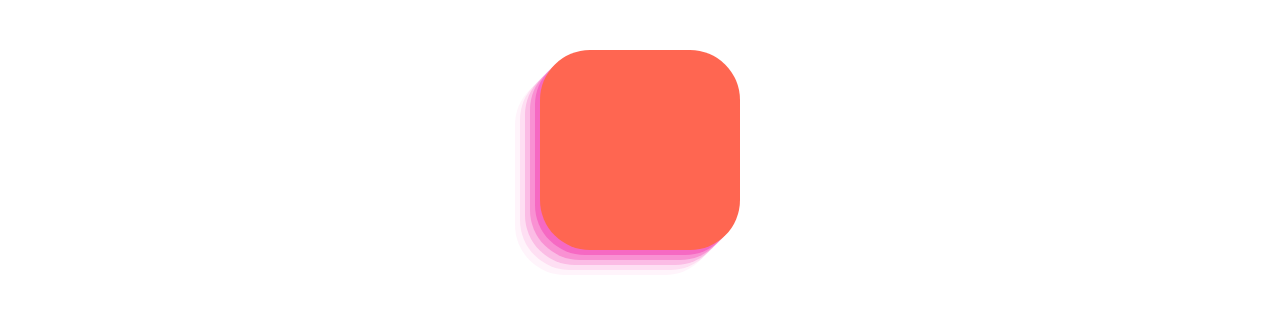
Repository: DQNam2202/HTML_CSS_Basic
Page: Chuong-03/index.html
The author's editor kept a copy of each file at every save. The page is drawn from the files as they stood at one save, then again after the next save.
The browser window is 1280 px wide. The pictures show the whole page.

Above is the page before, as saved 2021-09-03 19:15:44.

### Chuong-03/index.html
<!DOCTYPE html>
<html lang="en">
  <head>
    <meta charset="UTF-8" />
    <meta http-equiv="X-UA-Compatible" content="IE=edge" />
    <meta name="viewport" content="width=device-width, initial-scale=1.0" />
    <title>CSS-Part2</title>
    <script
      type="module"
      src="https://unpkg.com/ionicons@5.5.2/dist/ionicons/ionicons.esm.js"
    ></script>
    <script
      nomodule
      src="https://unpkg.com/ionicons@5.5.2/dist/ionicons/ionicons.js"
    ></script>
    <link
      href="https://fonts.googleapis.com/css2?family=Poppins:wght@300;400;500;600;700&display=swap"
      rel="stylesheet"
    />
    <link rel="stylesheet" href="./reset.css" />
    <link rel="stylesheet" href="./style.css" />
  </head>
  <body>
    <!-- <img src="https://source.unsplash.com/random" alt="" class="images" /> -->
    <!-- <div class="box-gradient"></div> -->
    <!-- <div class="background"></div> -->
    <!-- <div class="box"></div> -->
    <!-- <div class="title">Dương Quốc Nam</div> -->
    <div class="box-shadow"></div>
  </body>
</html>

### Chuong-03/style.css
html {
  box-sizing: border-box;
  font-size: 62.5%
}

* {
  margin: 0;
  padding: 0;
}

*,
*:before,
*:after {
  box-sizing: border-box;
}

input,
textarea,
select,
button {
  outline: none;
}

input {
  line-height: normal;
}

label,
button {
  cursor: pointer;
}

a {
  text-decoration: none;
}

img {
  display: block;
  max-width: 100%;
}

/* .images {
  width: 100%;
  height: 100vh;
  object-fit: cover;
} */

/* Hình nền với linear-gradient và chữ với linear-gradient */
/* .box-gradient {
  width: 20rem;
  height: 20rem;
  background-image: linear-gradient(to left top, #3D6EF7, #FF6651);
} */

.title {
  margin-top: 2rem;
  margin-left: 2rem;
  font-size: 7.2rem;
  font-weight: normal;
  display: inline-block;
  /* Khi trình duyệt không hỗ trợ thuộc tính  -webkit-background-clip: text;*/
  /* color: #3D6EF7; */
}


/* Khi trình duyệt hỗ trợ thuộc tính thì ta sử dụng @support */
@supports (-webkit-background-clip: text) {
  .title {
    color: transparent;
    background-clip: text;
    -webkit-background-clip: text;
    background-image: linear-gradient(90deg, rgba(131, 58, 180, 1) 0%, rgba(253, 29, 29, 1) 50%, rgba(252, 176, 69, 1) 100%);
  }
}

/* Khi trình duyệt không hỗ trợ thì thêm @support not và thay đổi thuộc tính mà mình muốn lại ở trên className gốc*/
/* @supports not (-webkit-background-clip: text) {
  .title {
    color: transparent;
    background-clip: text;
    -webkit-background-clip: text;
    background-image: linear-gradient(90deg, rgba(131, 58, 180, 1) 0%, rgba(253, 29, 29, 1) 50%, rgba(252, 176, 69, 1) 100%);
  }
} */

/* Hiển thị 2 hình nèn vởi linear-gradient */
.background {
  width: 100vw;
  height: 100vh;
  background-image: linear-gradient(to right, rgba(33, 147, 176, 0.5), rgba(109, 213, 237, 0.63)),
    url("./images/poster_1.jpg");
  background-position: center center;
  background-repeat: no-repeat;
  object-fit: cover;
  background-size: cover;
}

/* Opacity:0, visibility: hidden, display:none */
/*
  + Opacity có giá trị chạy từ 0 đến 1 -> vẫn chiếm diện tích có thế nhấn vào được
  +visibility: hidden ->vẫn chiếm diện tích nhưng không thể nhấn vào được
  =>Opacity và visibility: thường được sử dụng để làm hiệu ứng vì chùng sử dụng được transition
  + display: không chiếm diện tích và cũng không nhấn vào được, ít sử dụng vì không hỗ trợ thuộc tính transition
  */
/* .box {
  width: 20rem;
  height: 20rem;
  background-image: linear-gradient(to left top, #3D6EF7, #FF6651);
  cursor: pointer;
  opacity: 0;
  visibility: hidden;
  display: none;
} */
.box-shadow {
  width: 20rem;
  height: 20rem;
  background-color: #FF6651;
  margin: 5rem auto;
  border-radius: 5rem;
  box-shadow: rgba(240, 46, 170, 0.4) -5px 5px,
    rgba(240, 46, 170, 0.3) -10px 10px,
    rgba(240, 46, 170, 0.2) -15px 15px,
    rgba(240, 46, 170, 0.1) -20px 20px,
    rgba(240, 46, 170, 0.05) -25px 25px;
}

Loaded but not shown: Chuong-03/reset.css (common file)

After the next save:
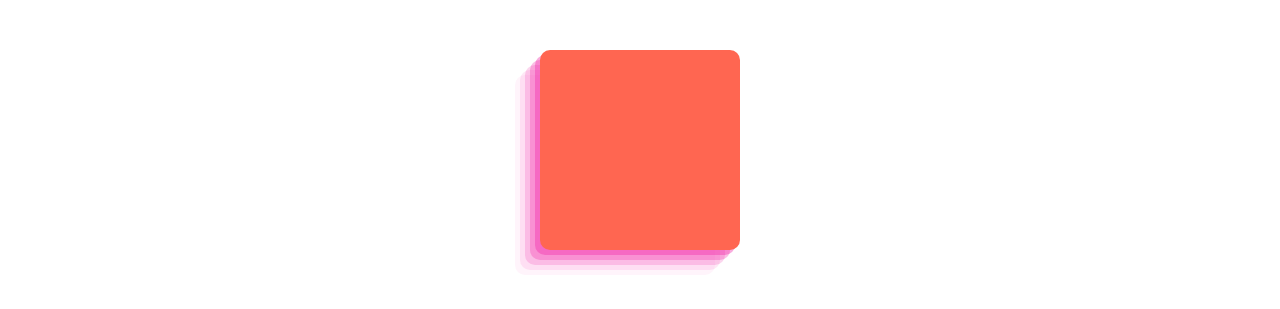
Saved 4 s later.
--- a/Chuong-03/style.css
+++ b/Chuong-03/style.css
@@ -116,7 +116,7 @@
   height: 20rem;
   background-color: #FF6651;
   margin: 5rem auto;
-  border-radius: 5rem;
+  border-radius: 1rem;
   box-shadow: rgba(240, 46, 170, 0.4) -5px 5px,
     rgba(240, 46, 170, 0.3) -10px 10px,
     rgba(240, 46, 170, 0.2) -15px 15px,
